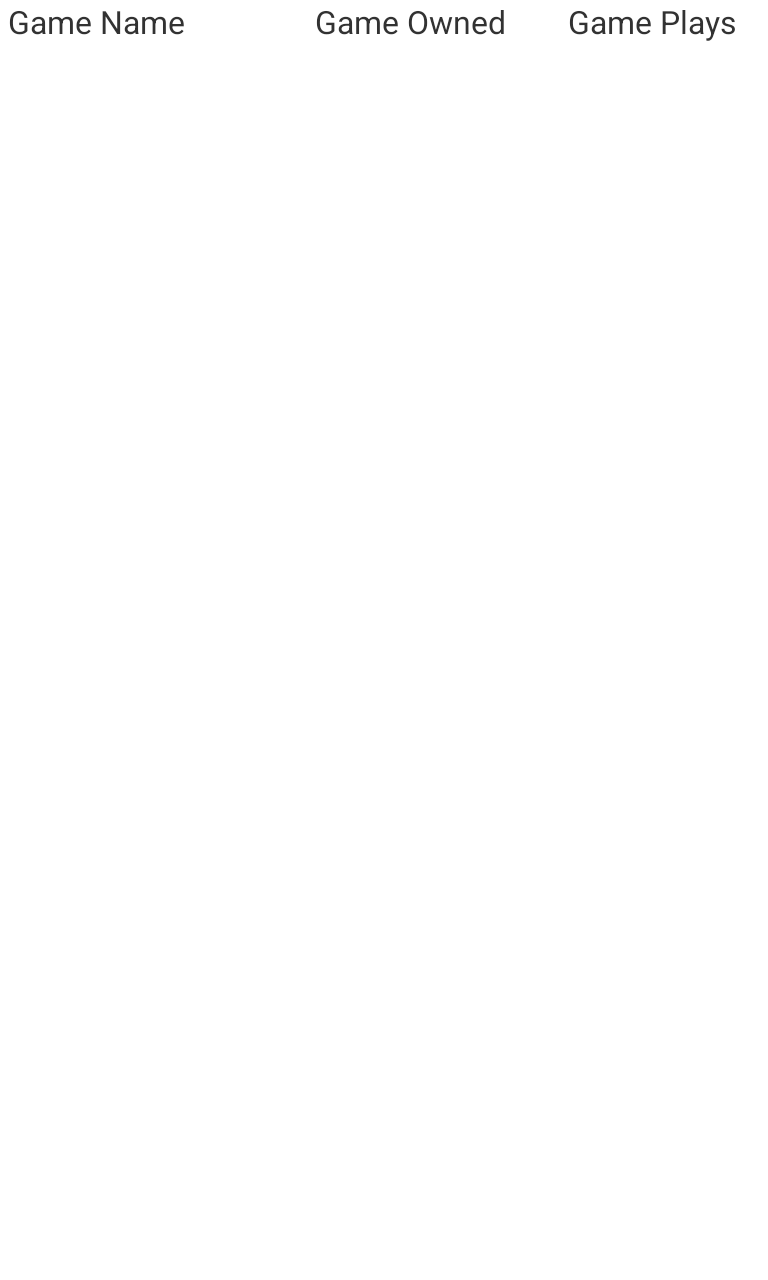
Repository: stewartwinter/bggpersonal
Layout: BGGPersonal/res/layout/collection_item_game.xml
An editor plug-in stored every save of this project. The layout is shown before and after the next save, followed by the edit.
It is drawn on a 768 x 1280 px phone screen (xhdpi) without system bars, with theme AppTheme; the app's code is not run.

Above is the layout before, as saved 2014-03-15 17:14:05.

### BGGPersonal/res/layout/collection_item_game.xml
<?xml version="1.0" encoding="utf-8"?>
<LinearLayout xmlns:android="http://schemas.android.com/apk/res/android"
    android:layout_width="match_parent"
    android:layout_height="wrap_content"
    >

<TextView
    	android:id="@+id/collection_item_game_name"
    	android:layout_width="wrap_content"
    	android:layout_height="wrap_content"
    	android:paddingLeft="4dp"
    	android:paddingRight="10dp"
    	android:text="Game Name"
    	android:textSize="16sp"
    	android:layout_weight="8"
    />

<TextView
    	android:id="@+id/collection_item_game_owned"
    	android:layout_width="wrap_content"
    	android:layout_height="wrap_content"
    	android:paddingLeft="10dp"
    	android:paddingRight="10dp"
    	android:text="Game Owned"
    	android:textSize="16sp"
    	android:layout_weight="2"
    />
<TextView
    	android:id="@+id/collection_item_game_plays"
    	android:layout_width="wrap_content"
    	android:layout_height="wrap_content"
    	android:paddingLeft="10dp"
    	android:paddingRight="4dp"
    	android:text="Game Plays"
    	android:textSize="16sp"
    	android:layout_weight="2"
    />
</LinearLayout>

Loaded but not shown: BGGPersonal/res/values/styles.xml (common file); BGGPersonal/res/values-v11/styles.xml (common file); BGGPersonal/res/values-v14/styles.xml (common file)

After the next save:
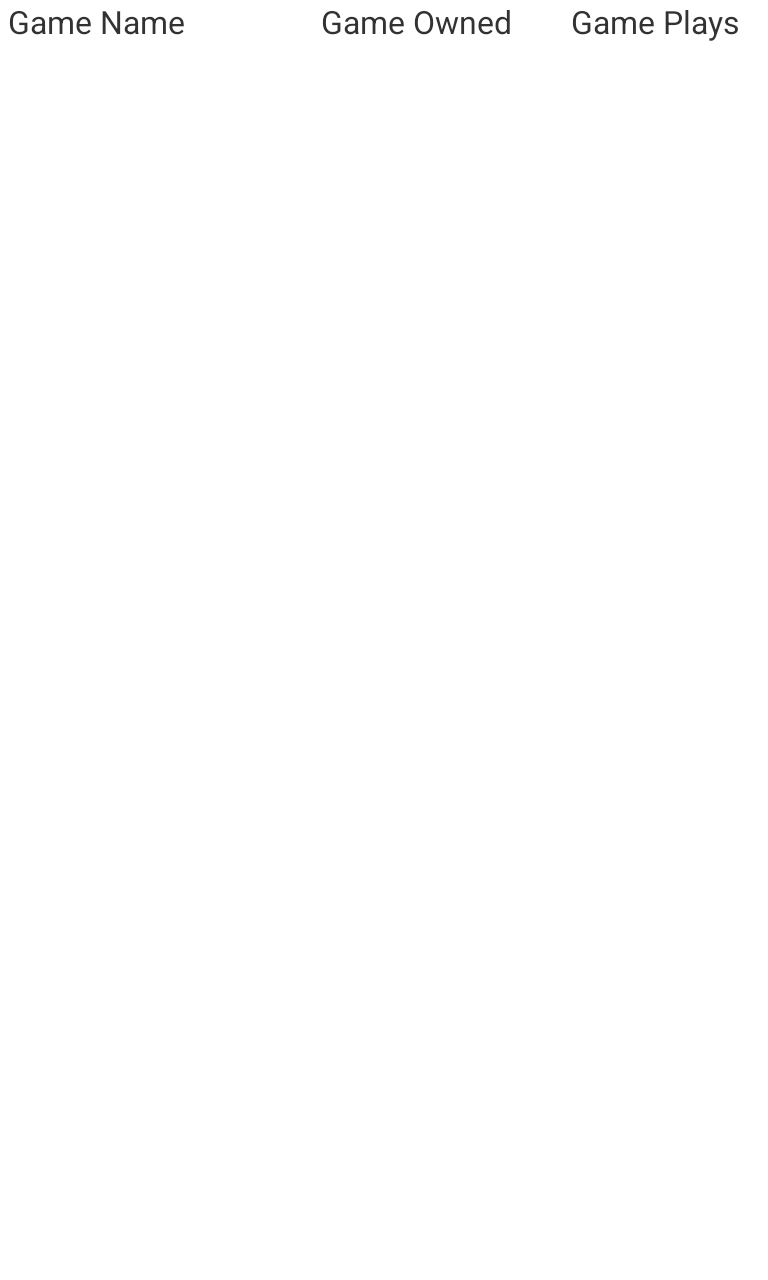
Saved 37 s later.
--- a/BGGPersonal/res/layout/collection_item_game.xml
+++ b/BGGPersonal/res/layout/collection_item_game.xml
@@ -12,7 +12,7 @@
     	android:paddingRight="10dp"
     	android:text="Game Name"
     	android:textSize="16sp"
-    	android:layout_weight="8"
+    	android:layout_weight="10"
     />
 
 <TextView
